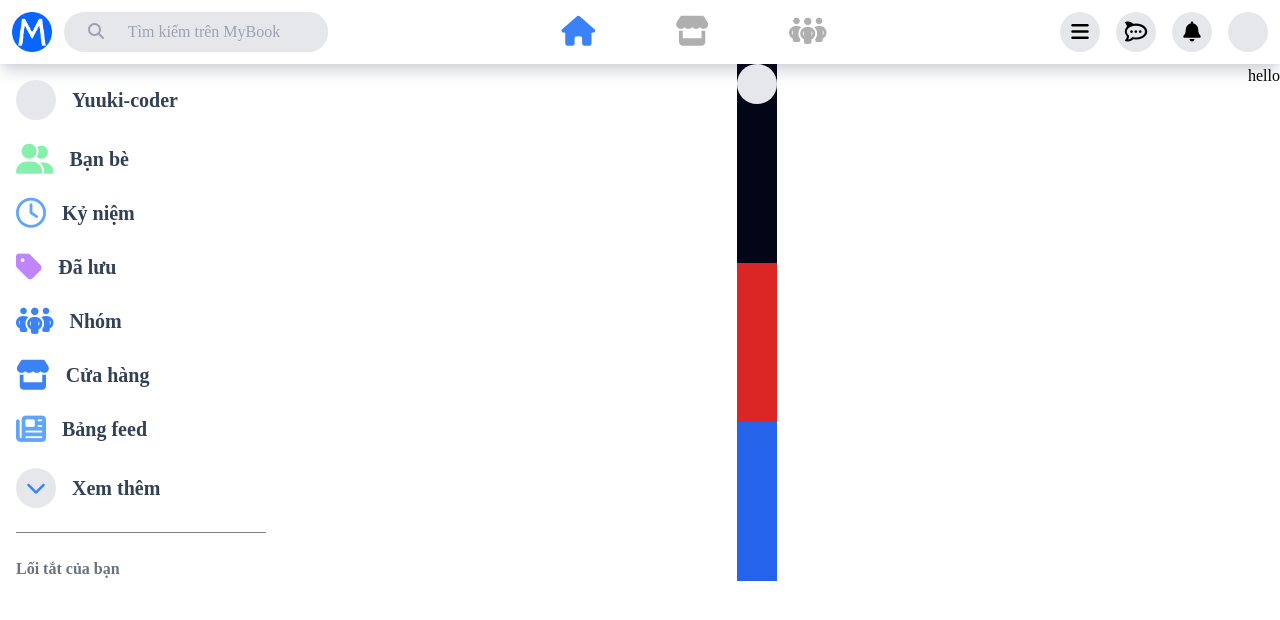
Repository: Yuukicoder/MyBook
Page: / (app in mybook/)
These files come from the project's save history. The page is drawn as it stood at one moment and after the next save; the edit follows.
The browser window is 1280 px wide. The pictures show the whole page.
The project was rebuilt for these pictures with package versions that can differ from the ones it lists, and the page was loaded fresh each time.

Above is the page before, as saved 2023-12-14 09:09:15.

### mybook/src/index.js
import React from 'react';
import ReactDOM from 'react-dom/client';
import './index.css';
import App from './App';
import reportWebVitals from './reportWebVitals';

const root = ReactDOM.createRoot(document.getElementById('root'));
root.render(
  <React.StrictMode >
  <App / >
  </React.StrictMode>
);

// If you want to start measuring performance in your app, pass a function
// to log results (for example: reportWebVitals(console.log))
// or send to an analytics endpoint. Learn more: https://bit.ly/CRA-vitals
reportWebVitals();

### mybook/src/index.css
@tailwind base;
@tailwind components;
@tailwind utilities;
  @import url('https://fonts.googleapis.com/css2?family=Arima:wght@100;200;300;400;500;700&display=swap');
*{
  margin: 0;
  padding: 0;
  box-sizing: border-box;
  font-family: Arima;
  /* border: 1px solid black; */
}
body{
  width: 100%;
  height: 100vh;
}

### mybook/src/App.js
import './App.css';
import '@fortawesome/fontawesome-free/css/all.min.css';
import Navbar from './Navbar'
import Option from './Option'
import News from './News';
import Friend_contact from './Friend_contact';
 var App = () =>
(
    <div class="">
        <Navbar/>
        <div class="flex justify-between">
        <Option name="Yuuki-coder"/>
        <News/>
        <Friend_contact/>
        </div>

    </div>
)

export default App;

### mybook/src/App.css
:root{
  --text-color: rgb(175, 175, 175);
  --bg-icon-color: #e5e7eb;
}
.avatar{
  width: 40px;
  height: 40px;
  background-color: var(--bg-icon-color);
  border-radius: 50%;
  display: flex;
  align-items: center;
  justify-content: center;
}

### mybook/src/Navbar.js
import './Navbar.css'
import '@fortawesome/fontawesome-free/css/all.min.css';

var Navbar = () =>(


    <div class="flex items-center justify-between  w-screen py-3 px-3  shadow-lg shadow-gray-300">
        <div class="flex">

    <div class="Navbar_icon pr-3">
        <img class="w-10 h-10" src='iconMyBook.png' alt=""></img>
    </div>
    <div class="Navbar_search h-10 bg-gray-200 rounded-3xl">
        <label class=" text-center h-full pl-6"for="">
    <i class="fa-solid fa-magnifying-glass text-gray-400" ></i>
        </label>

        <input class="rounded-3xl text-center h-full pr-6 bg-gray-200" type="text" placeholder="Tìm kiếm trên MyBook"></input>
        </div>

    </div>
    <div class="  Navbar_selection">
        <ul class="flex gap-20">
            <li>
            <i class="fa-solid fa-house text-blue-500"></i>
            </li>
            <li>
            <i class="fa-solid fa-store"></i>
            </li>
            <li> <i class="fa-solid fa-people-group"></i></li>
        </ul>
    </div>
    <div class="Navbar_option">
        <ul class="flex gap-4 items-center">
            <li>
            <div class="avatar">

                <i class="fa-solid fa-bars"></i>
            </div>
                </li>
            <li>
            <div class="avatar">

                <i class="fa-brands fa-rocketchat"></i>
            </div>
                </li>
            <li>
            <div class="avatar">

                <i class="fa-solid fa-bell"></i>
            </div>
                </li>
            <li><div class="avatar"></div></li>
        </ul>
    </div>
    </div>
)
export default Navbar;

### mybook/src/Option.js
import './Option.css'
// var ButtonCollapse = () =>{

//     var collapse = document.getElementById('collapse');
// }


var Option = (x) => {
    function sayHello(name) {
        alert(`hello, ${name}`);
      }

    return (
    <div class="mt-4 ml-4  grid gap-6">

    <div class="flex gap-4 items-center box ">
        <div class="avatar">
        </div>
        <p class="font-semibold text-xl text-slate-700">{x.name}</p>

    </div>
    <div class="flex gap-4 items-center box">
    <i class="fa-solid fa-user-group text-green-300"></i>
        <p class="font-semibold text-xl text-slate-700">Bạn bè</p>

    </div>
    <div class="flex gap-4 items-center box ">
    <i class="fa-regular fa-clock text-blue-400"></i>
        <p class="font-semibold text-xl text-slate-700">Kỷ niệm</p>

    </div>
    <div class="flex gap-4 items-center box ">
    <i class="fa-solid fa-tag text-purple-400"></i>
        <p class="font-semibold text-xl text-slate-700">Đã lưu</p>

    </div>
    <div class="flex gap-4 items-center box ">
    <i class="fa-solid fa-people-group text-blue-500"></i>
        <p class="font-semibold text-xl text-slate-700">Nhóm</p>

    </div>
    <div class="flex gap-4 items-center box ">
    <i class="fa-solid fa-store text-blue-500"></i>
        <p class="font-semibold text-xl text-slate-700">Cửa hàng</p>

    </div>
    <div class="flex gap-4 items-center box ">
        <i class="fa-solid fa-newspaper text-blue-400"></i>
        <p class="font-semibold text-xl text-slate-700">Bảng feed</p>

    </div>
    <div class="flex gap-4 items-center box " >
        <div class="avatar">
    <i class="fa-solid fa-chevron-down text-blue-500 "></i>
        </div>
        <button class="font-semibold text-xl text-slate-700" onclick={sayHello}>Xem thêm</button>

    </div>
    <div class="line"></div>
    <p class="text-base font-semibold text-gray-500">Lối tắt của bạn</p>
    </div>
)}
export default Option

### mybook/src/News.js
var News = () =>(
    <div class="grid">
        <div class="News_Story bg-slate-950">
            <div class="Story_Page w-auto">
                <div class="avatar"></div>
                <div class="author"></div>
            </div>
        </div>
        <div class="News_Tools bg-red-600"></div>
        <div class="News_Page bg-blue-600"></div>
    </div>

)
export default News;

### mybook/src/Friend_contact.js
var Friend_contact = () =>(
    <p>hello</p>
)
export default Friend_contact;

### mybook/src/Navbar.css
:root{
    --text-color: rgb(175, 175, 175);
    --bg-icon-color: #e5e7eb;
  }
  ul i{
  color: var(--text-color);
  font-size: 30px;
  }

  .Navbar_option ul li i{
    color: black;
  font-size: 20px;

  }

### mybook/src/Option.css

.box i{
    font-size: 30px;
}
.line{
    width: 250px;
    height: 1px;
    background-color: grey;
}
.avatar i{
    font-size: 20px;
}

### mybook/tailwind.config.js
/** @type {import('tailwindcss').Config} */
module.exports = {
  content: [
    "./src/**/*.{js,jsx,ts,tsx}",
  ],
  theme: {
    extend: {},
    color:{
      'text-grey':'#9ca9c9'
    }
  },
  plugins: [],
}

Loaded but not shown: mybook/public/index.html (common file); mybook/src/reportWebVitals.js (common file)

After the next save:
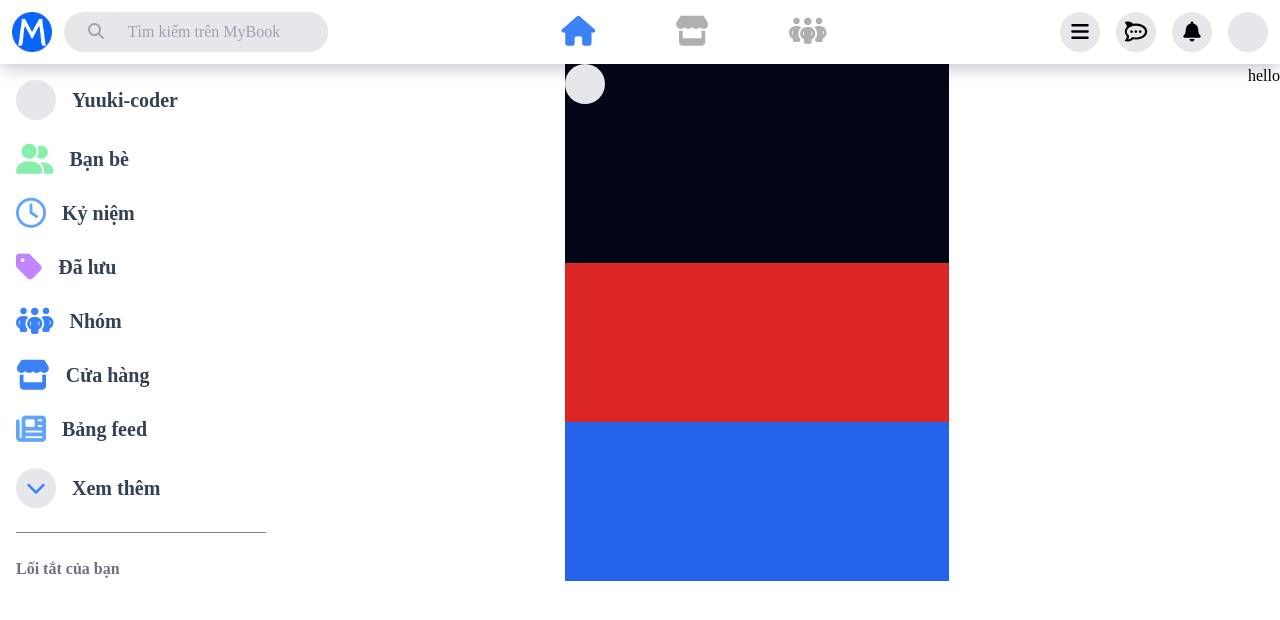
Saved 8 s later.
--- a/mybook/src/News.js
+++ b/mybook/src/News.js
@@ -1,7 +1,7 @@
 var News = () =>(
     <div class="grid">
         <div class="News_Story bg-slate-950">
-            <div class="Story_Page w-auto">
+            <div class="Story_Page w-96">
                 <div class="avatar"></div>
                 <div class="author"></div>
             </div>

After the save that followed:
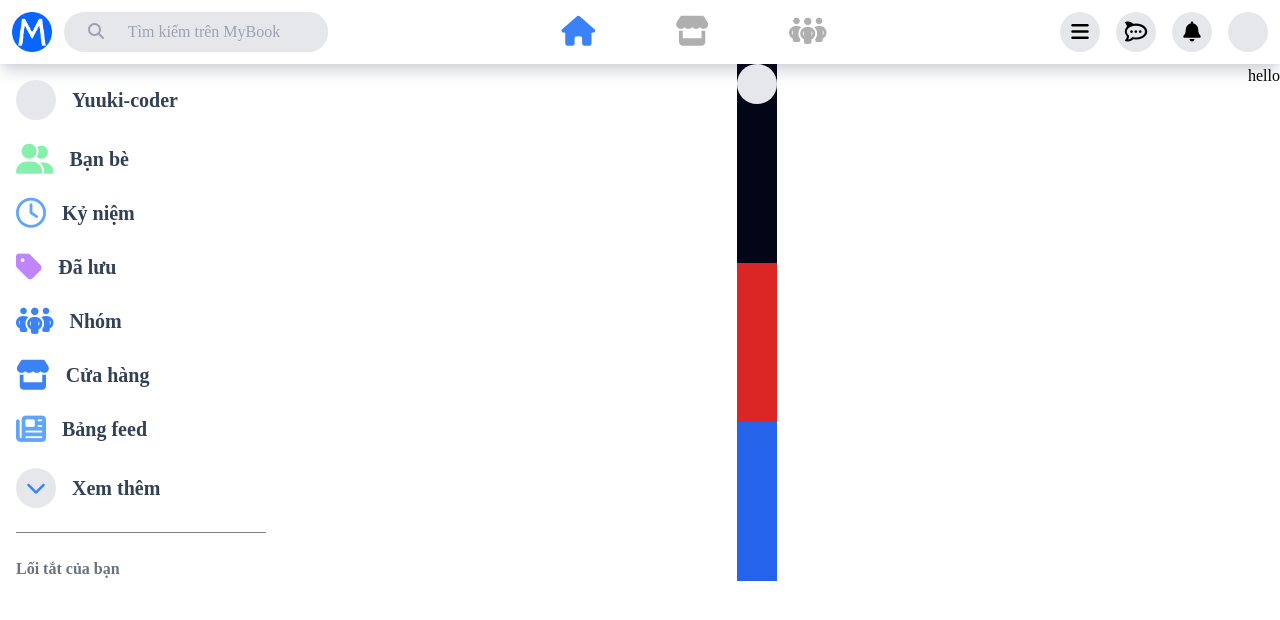
Saved 5 s later.
--- a/mybook/src/News.js
+++ b/mybook/src/News.js
@@ -1,7 +1,7 @@
 var News = () =>(
     <div class="grid">
         <div class="News_Story bg-slate-950">
-            <div class="Story_Page w-96">
+            <div class="Story_Page w-70">
                 <div class="avatar"></div>
                 <div class="author"></div>
             </div>
